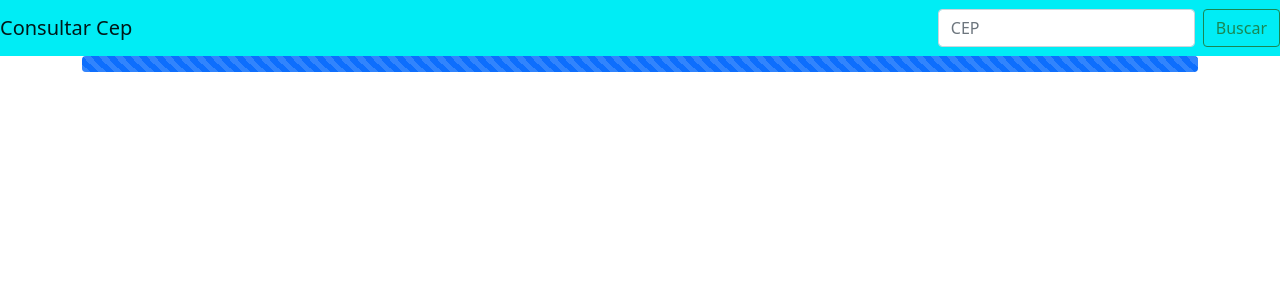
Repository: ViniciusCMS/StudyJquerry
Page: index.html
These files come from the project's save history. The page is drawn as it stood at one moment and after the next save; the edit follows.
The browser window is 1280 px wide. The pictures show the whole page.

Above is the page before, as saved 2021-11-26 11:46:59.

### index.html
<!DOCTYPE html>
<html lang="pt-br">
<head>
    <meta charset="UTF-8">
    <meta http-equiv="X-UA-Compatible" content="IE=edge">
    <meta name="viewport" content="width=device-width, initial-scale=1.0">
    <title>StudyJquery</title>
    <script type="text/javascript" src="js/jquery-3.6.0.min.js"></script>
    <script type="text/javascript" src="js/main.js"></script>
    <link rel="stylesheet" type="text/css" href="bootstrap/css/bootstrap.min.css">
</head>
<body>
   <nav class="navbar navbar-light" style="background-color: #00edf5;">
    <a class="navbar-brand">Consultar Cep</a>
      <div class="d-flex">
        <input class="form-control me-2" type="search" placeholder="CEP" id="cep">
        <button class="btn btn-outline-success" type="submit" onclick="consultaCep()">Buscar</button>
      </div>
    </nav>

    <div class="container progressbar">
        <div class="progress">
            <div class="progress-bar progress-bar-striped progress-bar-animated" role="progressbar" aria-valuenow="75" aria-valuemin="0" aria-valuemax="100" style="width: 100%"></div>
        </div>
    </div>
    <div class="container cep">
        <div class="row">
            <h3 id="cepTitulo">CEP</h3>
        </div>
        <div class="row">

            <table class="table table-dark table-striped">
                <tbody>
                    <tr>
                        <td>Uf</td>
                        <td id="uf"></td>
                    </tr>
                    <tr>
                        <td>Localidade</td>
                        <td id="localidade"></td>
                    </tr>
                    <tr>
                        <td>Bairro</td>
                        <td id="bairro"></td>
                    </tr>
                    <tr>
                        <td>Logradouro</td>
                        <td id="logradouro"></td>
                    </tr>

                </tbody>
            </table>

        </div>

    </div>


    <!--<input id="cep">
    <button type="button" onclick="consultaCep()">Consultar</button>
    <p id="uf"></p>
    <p id="localidade"></p>
    <p id="logradouro"></p>
    <p id="bairro"></p>-->
</body>
</html>

### js/main.js
function consultaCep() {

    var cep = document.getElementById("cep").value;
    var url = "https://viacep.com.br/ws/" + cep + "/json/";

    console.log(url)

    $.ajax({
        url: url,
        type: "GET",
        success: function(response){
            console.log(response);

            $("#uf").html(response.uf);
            $("#localidade").html(response.localidade);
            $("#bairro").html(response.bairro);
            $("#logradouro").html(response.logradouro);
            $("#cepTitulo").html("CEP: " + response.cep);
            $(".cep").show();
            /*document.getElementById("uf").innerHTML = response.uf;
            document.getElementById("localidade").innerHTML = response.localidade;
            document.getElementById("logradouro").innerHTML = response.logradouro;
            document.getElementById("bairro").innerHTML = response.bairro;*/
        }

    })
};

$(function(){
    $(".cep").hide();
    $(".progressBar").hide();
});

Loaded but not shown: js/jquery-3.6.0.min.js (library); bootstrap/css/bootstrap.min.css (library)

After the next save:
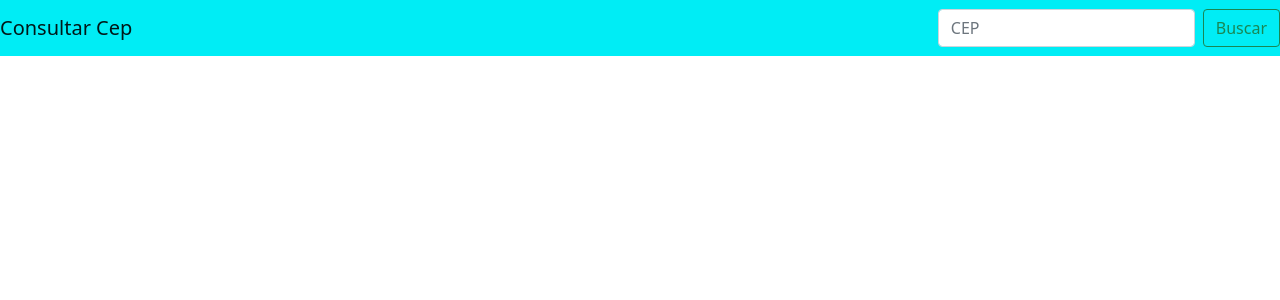
Saved 2 s later.
--- a/index.html
+++ b/index.html
@@ -18,7 +18,7 @@
       </div>
     </nav>
 
-    <div class="container progressbar">
+    <div class="container progressBar">
         <div class="progress">
             <div class="progress-bar progress-bar-striped progress-bar-animated" role="progressbar" aria-valuenow="75" aria-valuemin="0" aria-valuemax="100" style="width: 100%"></div>
         </div>
